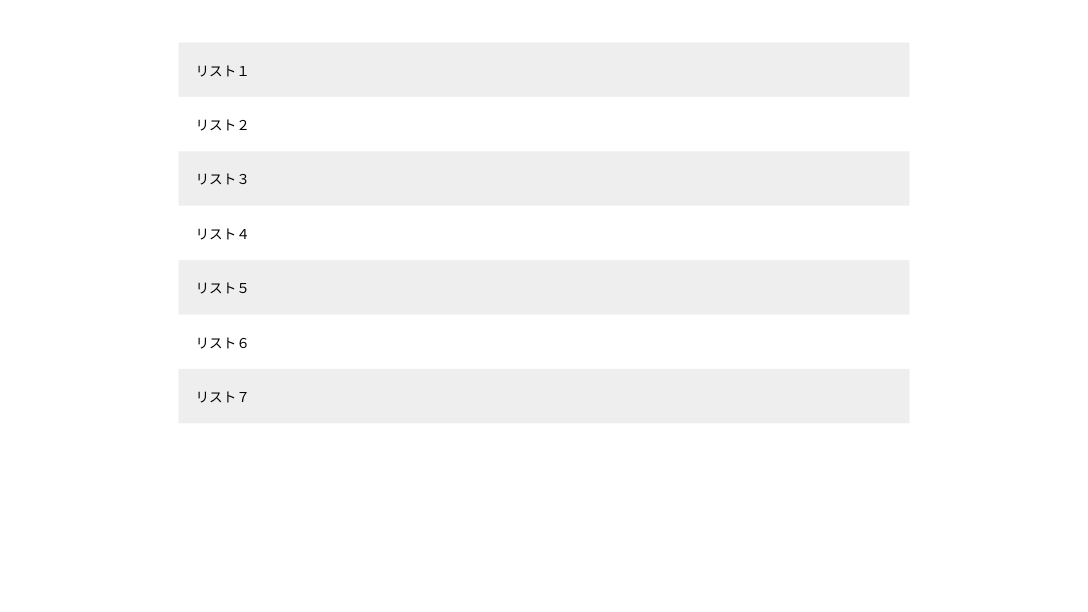
Repository: kk-um/advance1
Page: 演習/8.html
The author's editor kept a record of every edit. The page is drawn from the files as they stood at one moment, then again after the next edit.
The browser window is 1280 px wide. The pictures show the whole page, at 85% of full size.

Above is the page before.

After the next edit:
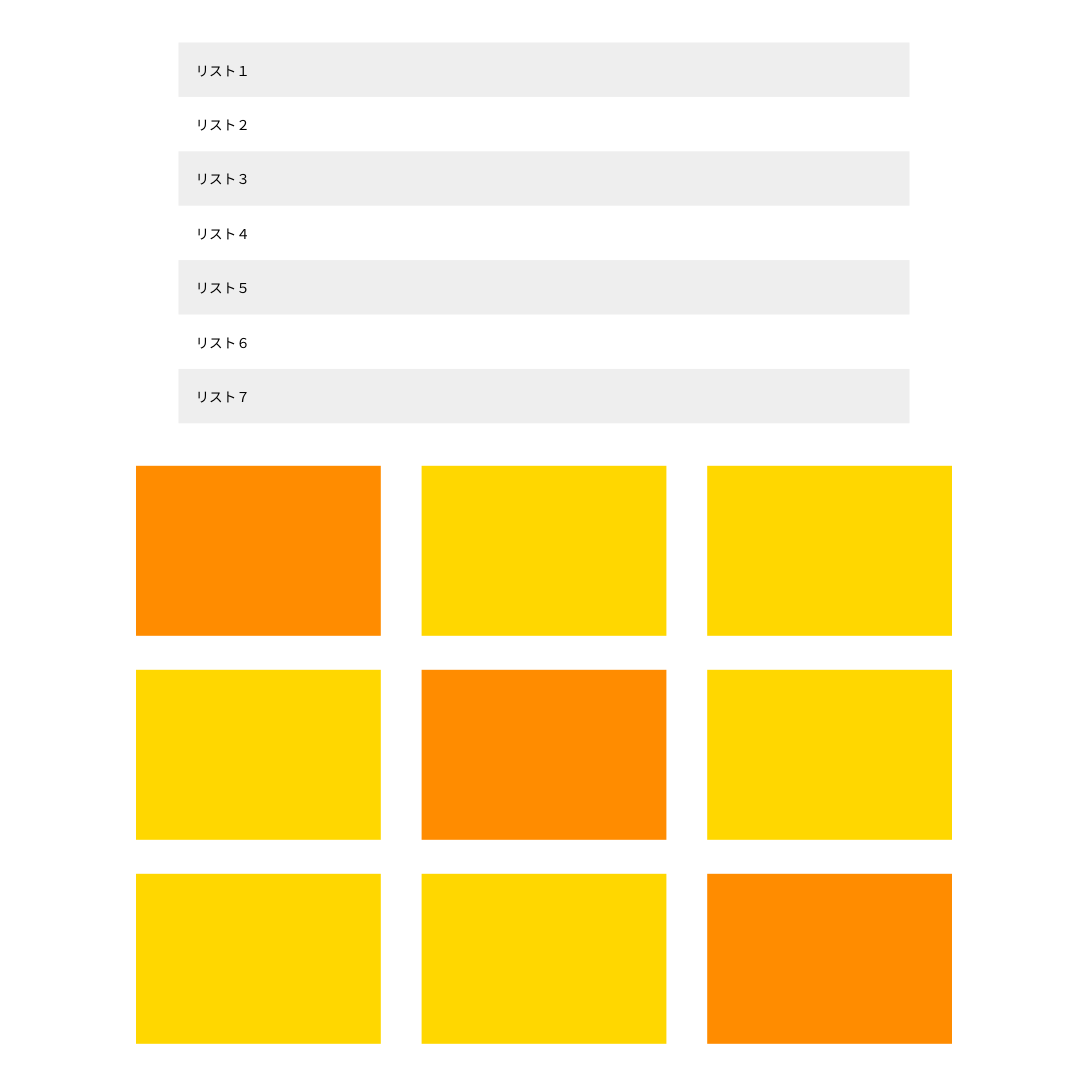
The edit:
--- a/演習/8.html
+++ b/演習/8.html
@@ -17,6 +17,19 @@
         <li class="item">リスト６</li>
         <li class="item">リスト７</li>
       </ul>
+
+
+      <div class="box-list">
+        <div class="box"></div>
+        <div class="box"></div>
+        <div class="box"></div>
+        <div class="box"></div>
+        <div class="box"></div>
+        <div class="box"></div>
+        <div class="box"></div>
+        <div class="box"></div>
+        <div class="box"></div>
+      </div>
     </main>
   </body>
 </html>
